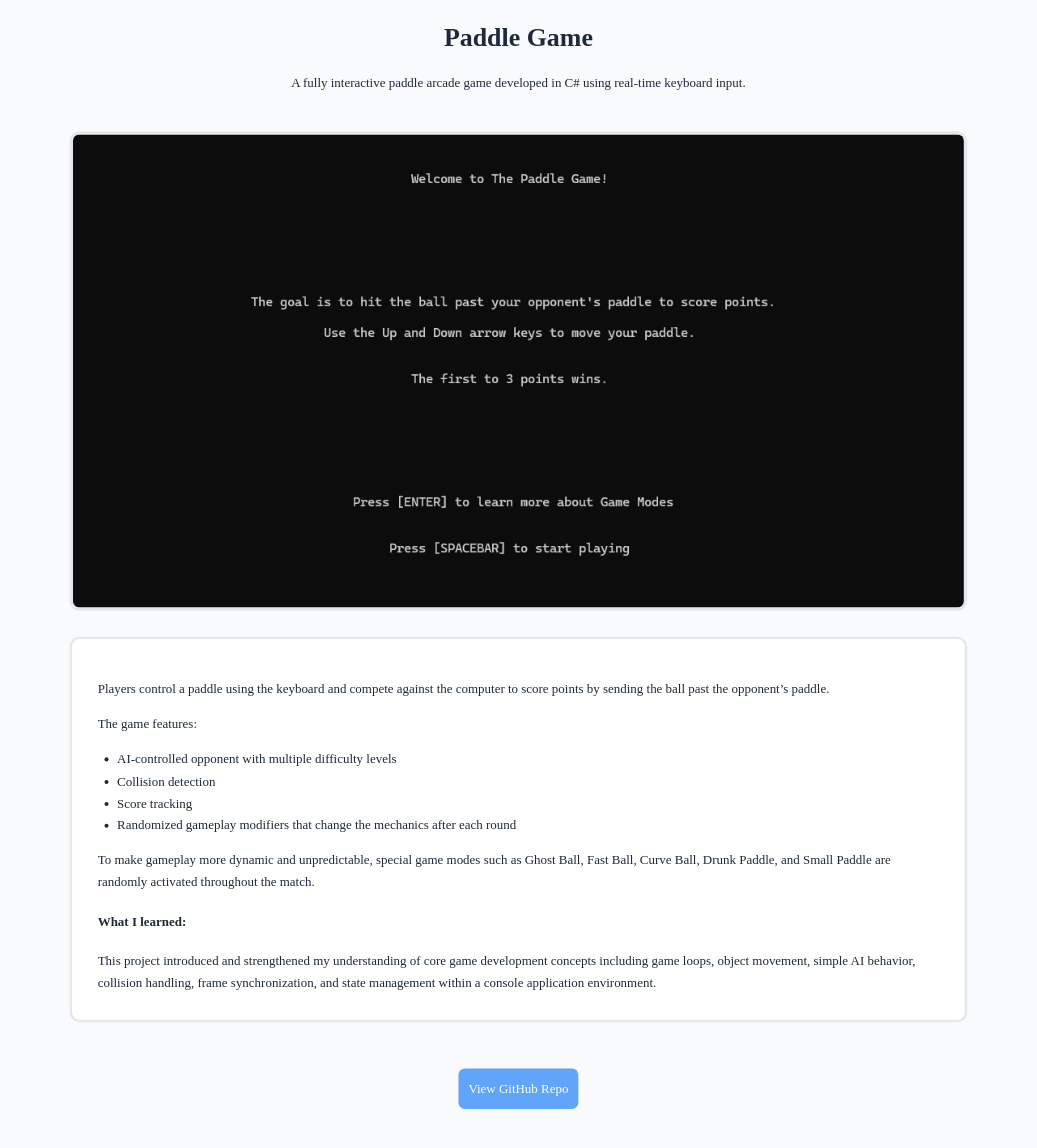
Repository: alison-cunningham/alison-cunningham
Page: pages/paddle-game.html
These files come from the project's save history. The page is drawn as it stood at one moment and after the next save; the edit follows.
The browser window is 1280 px wide. The pictures show the whole page, at 81% of full size.
Some web fonts or font styles are not loaded; a fallback is used.

Above is the page before, as saved 2026-05-12 17:10:45.

After the next save:
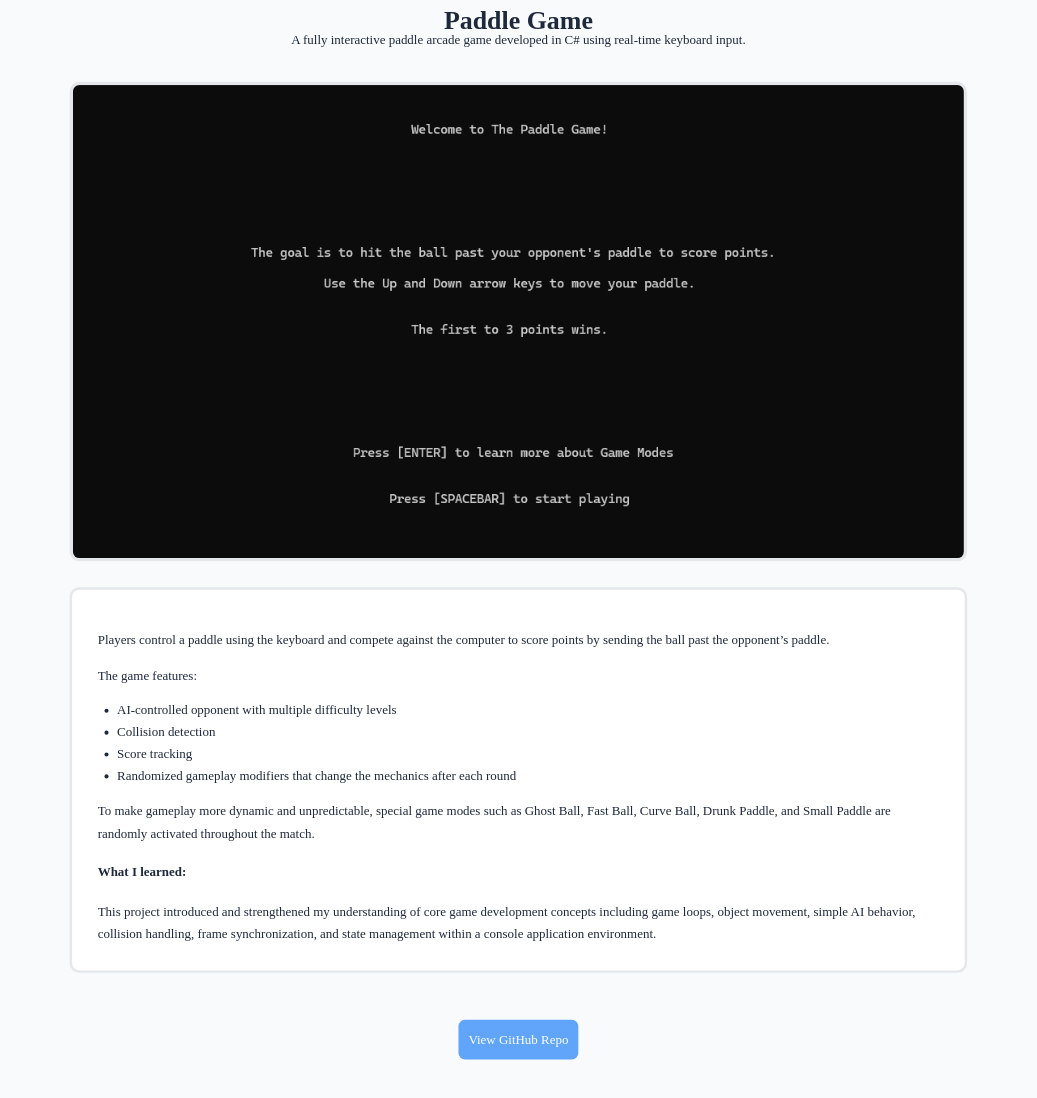
Saved 110 s later.
--- a/styles/pages.css
+++ b/styles/pages.css
@@ -20,6 +20,8 @@ body{
     display: grid;
     justify-content: center;
     text-align: center;
+
+    line-height: 0.5rem;
 }
 
 h1{
